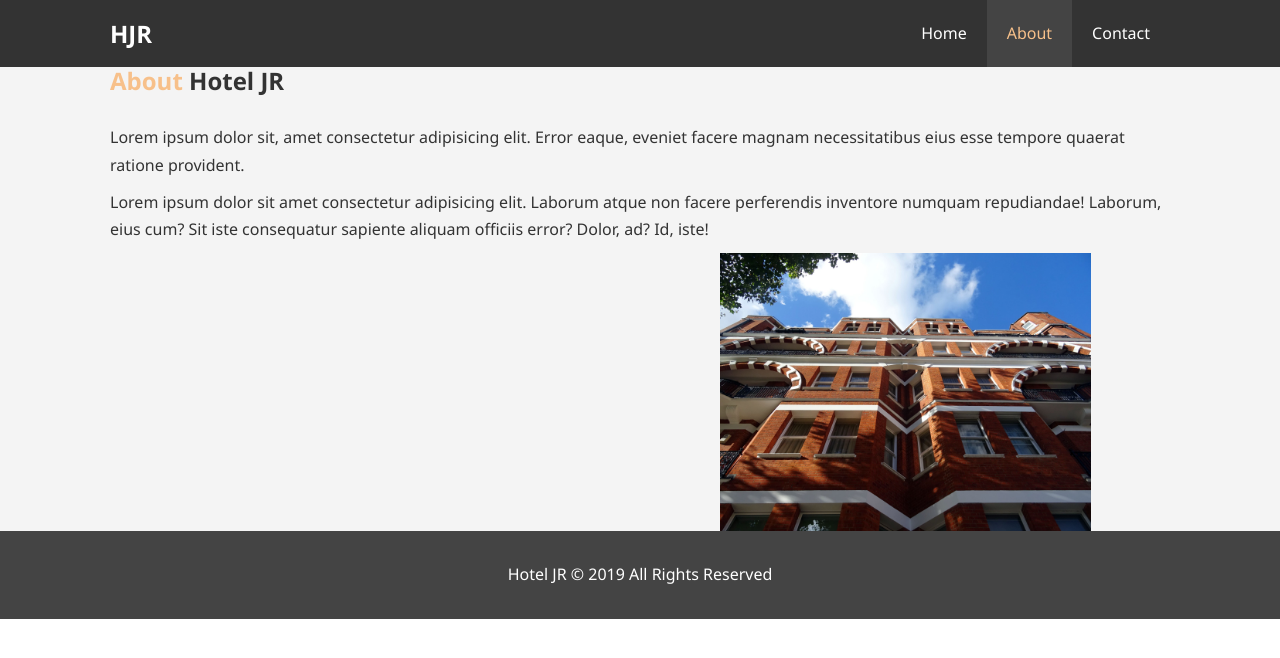
Repository: dimlutine/Hotel-Project
Page: about.html
An editor plug-in stored every save of this project. The page is shown before and after the next save, followed by the edit.
The browser window is 1280 px wide. The pictures show the whole page.

Above is the page before, as saved 2019-07-05 22:47:57.

### about.html
<!DOCTYPE html>
<html lang="en">

<head>
    <meta charset="UTF-8">
    <meta name="viewport" content="width=device-width, initial-scale=1.0">
    <meta http-equiv="X-UA-Compatible" content="ie=edge">
    <meta name="description" content="Welcome to the neatest hotel in Durham, North Carolina!">
    <meta name="keywords" content="hotel,durham hotel, north carolina hotel, rdu hotel">
    <link rel="stylesheet" href="css/style.css">
    <title>Hotel JR | About</title>
</head>

<body>
    <header>
        <nav id="navbar">
            <div class="container">
                <h1 class="logo"><a href="index.html">HJR</a></h1>
                <ul>
                    <li><a href="index.html">Home</a></li>
                    <li><a class="current" href="about.html">About</a></li>
                    <li><a href="contact.html">Contact</a></li>
                </ul>
            </div>

        </nav>

    </header>
    <section id="about-info" class="bg-light">
        <div class="container">
            <div class="info-left">
                <h1><span class="text-primary">About</span> Hotel JR</h1>
                <p>Lorem ipsum dolor sit, amet consectetur adipisicing elit. Error eaque, eveniet facere magnam necessitatibus eius esse tempore quaerat ratione provident.</p>
                <p>Lorem ipsum dolor sit amet consectetur adipisicing elit. Laborum atque non facere perferendis inventore numquam repudiandae! Laborum, eius cum? Sit iste consequatur sapiente aliquam officiis error? Dolor, ad? Id, iste!</p>
            </div>
            <div class="info-right">
                <img src="./img/photo-2.jpg" alt="hotel">
            </div>
        </div>
    </section>

    <footer id="main-footer">
        <p>Hotel JR &copy; 2019 All Rights Reserved</p>
    </footer>
</body>

</html>

### css/style.css
* {
    padding: 0;
    margin: 0;
    box-sizing: border-box;
}

html,
body {
    font-family: 'Segoe UI', 'Segoe UI', Tahoma, Geneva, Verdana, sans-serif;
    line-height: 1.7em;
}

a {
    color: #333;
    text-decoration: none;
}

h1,
h2,
h3 {
    padding-bottom: 20px;
}

p {
    margin: 10px 0;
}


/* Utilities */

.container {
    margin: auto;
    max-width: 1100px;
    overflow: auto;
    padding: 0 20px;
}

.text-primary {
    color: #f7c08a;
}

.lead {
    font-size: 20px;
}

.btn {
    display: inline-block;
    font-size: 18px;
    color: #fff;
    background: #333;
    padding: 13px 20px;
    border: none;
    cursor: pointer;
}

.btn:hover {
    background: #f7c08a;
    color: #333;
}

.btn-light {
    background: #f4f4f4;
    color: #333;
}

.bg-dark {
    background: #333;
    color: #fff;
}

.bg-light {
    background: #f4f4f4;
    color: #333;
}

.bg-primary {
    background: #f7c08a;
    color: #333;
}

.clr {
    clear: both;
}

#navbar {
    background: #333;
    color: #fff;
    overflow: auto;
}

#navbar a {
    color: #fff;
}

#navbar h1 {
    float: left;
    padding-top: 20px;
}

#navbar ul {
    float: right;
    list-style: none;
}

#navbar ul li {
    float: left;
}

#navbar ul li a {
    display: block;
    padding: 20px;
    text-align: center;
}

#navbar ul li a:hover,
#navbar ul li a.current {
    background: #444;
    color: #f7c08a;
}


/* Showcase */

#showcase {
    background: url('../img/showcase.jpg') no-repeat center center/cover;
    height: 600px;
}

#showcase .showcase-content {
    color: #fff;
    text-align: center;
    padding-top: 170px;
}

#showcase .showcase-content h1 {
    font-size: 60px;
    line-height: 1.2em;
}

#showcase .showcase-content p {
    padding-bottom: 20px;
    line-height: 1.7em;
}


/* Home Info */

#home-info {
    height: 400px;
}

#home-info .info-img {
    float: left;
    width: 50%;
    background: url('../img/photo-1.jpg') no-repeat;
    min-height: 100%;
}

#home-info .info-content {
    float: right;
    width: 50%;
    height: 100%;
    text-align: center;
    padding: 50px 30px;
    overflow: hidden;
}

#home-info .info-content p {
    padding-bottom: 30px;
}


/*Features*/

.box {
    float: left;
    width: 33.3%;
    padding: 50px;
    text-align: center;
}

.box i {
    margin-bottom: 10px;
}


/* About Info*/

#about-info .info-right {
    float: right;
    width: 50%;
    min-height: 100%;
}

#about-info .info-right img {
    width: 70%;
    display: block;
    margin: auto;
}


/* Footer */

#main-footer {
    text-align: center;
    background: #444;
    color: #fff;
    padding: 20px;
}

After the next save:
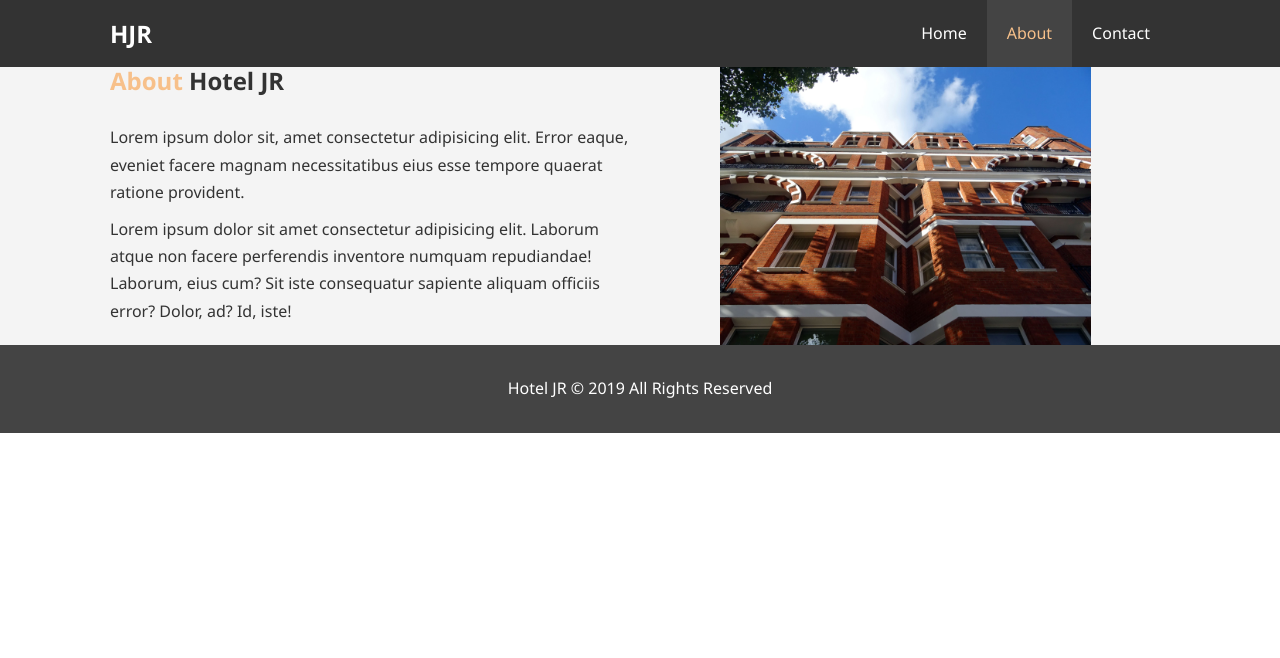
Saved 35 s later.
--- a/css/style.css
+++ b/css/style.css
@@ -198,6 +198,12 @@ p {
     margin: auto;
 }
 
+#about-info .info-left {
+    float: left;
+    width: 50%;
+    min-height: 100%;
+}
+
 
 /* Footer */
 
